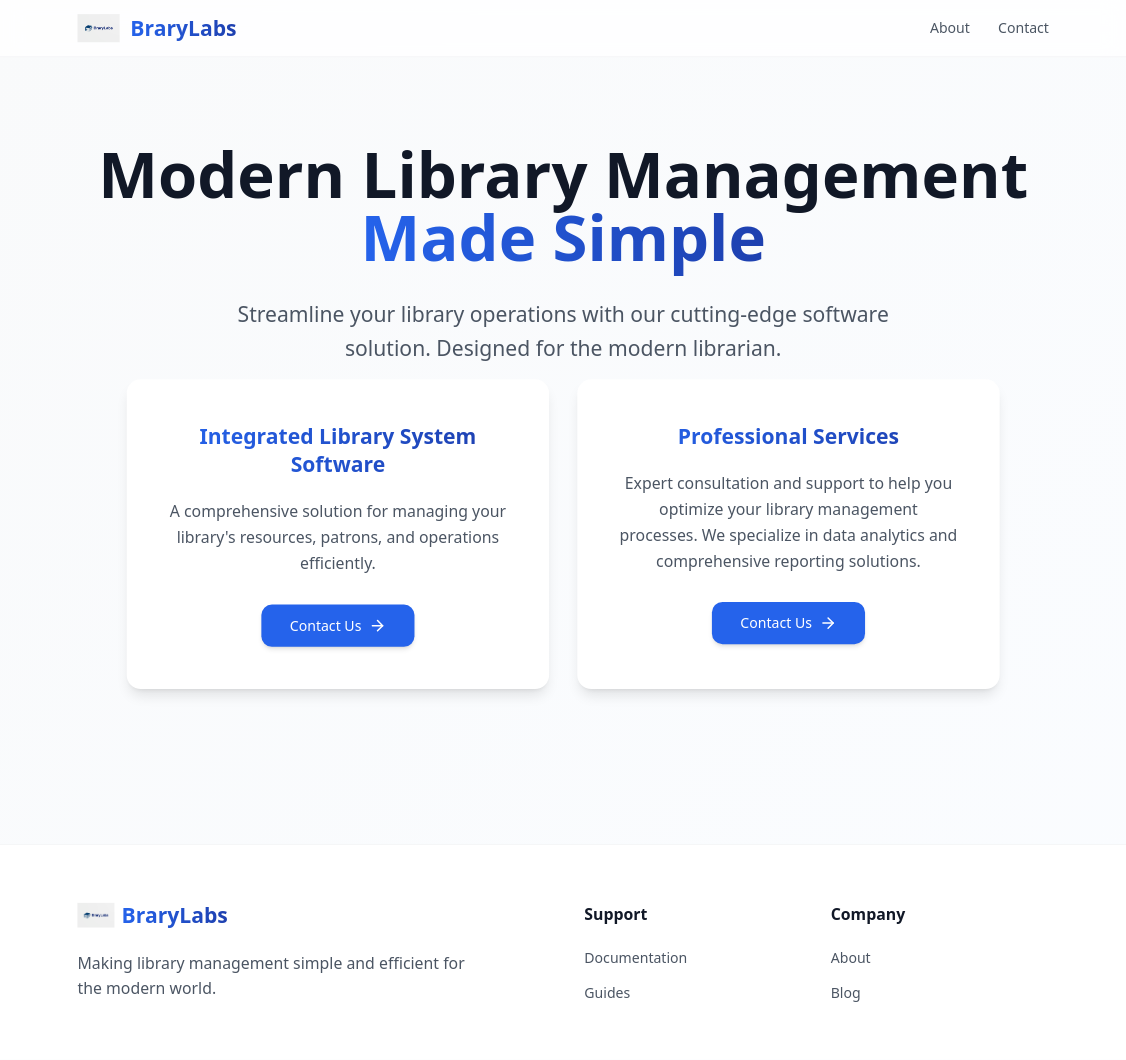
Repository: bgroble14/brarylabs-website
Page: /
An editor plug-in stored every save of this project. The page is shown before and after the next save, followed by the edit.
The browser window is 1280 px wide. The pictures show the whole page, at 88% of full size.
The project was rebuilt for these pictures with package versions that can differ from the ones it lists, and the page was loaded fresh each time. Also part of the build but not shown: vite.config.ts.

Above is the page before, as saved 2025-01-16 16:39:47.

### src/App.tsx
import React from 'react';
import { Book, ArrowRight } from 'lucide-react';

interface SectionProps {
  title: string;
  description: string;
}

const Section: React.FC<SectionProps> = ({ title, description }) => (
  <div className="w-full p-12 bg-white rounded-2xl shadow-lg hover:shadow-xl transition-all duration-300 flex flex-col items-center text-center relative overflow-hidden group">
    <div className="absolute inset-0 bg-gradient-to-br from-blue-50/50 to-transparent opacity-0 group-hover:opacity-100 transition-opacity duration-300" />

    <div className="relative z-10">
      <h3 className="text-2xl font-semibold mb-6 bg-clip-text text-transparent bg-gradient-to-r from-blue-600 to-blue-800">
        {title}
      </h3>
      <p className="text-gray-600 mb-8 text-lg leading-relaxed max-w-md">
        {description}
      </p>
      <button className="bg-blue-600 text-white px-8 py-3 rounded-xl hover:bg-blue-700 flex items-center mx-auto font-medium shadow-md hover:shadow-lg transition-all duration-300 group/button">
        Contact Us
        <ArrowRight className="ml-2 h-5 w-5 transform group-hover/button:translate-x-1 transition-transform" />
      </button>
    </div>
  </div>
);

function App() {
  return (
    <div className="min-h-screen bg-gradient-to-br from-gray-50 to-blue-50/30">
      {/* Navigation */}
      <nav className="bg-white/80 backdrop-blur-md sticky top-0 z-50 border-b border-gray-100">
        <div className="max-w-6xl mx-auto px-6 py-4">
          <div className="flex justify-between items-center">
            <div className="flex items-center space-x-3">
              <div className="flex items-center group">
                <img
                  src="/logo.png"
                  alt="BraryLabs Logo"
                  className="h-8 w-auto transform group-hover:scale-110 transition-transform duration-300"
                />
                <span className="text-2xl font-bold ml-3 bg-clip-text text-transparent bg-gradient-to-r from-blue-600 to-blue-800">
                  BraryLabs
                </span>
              </div>
            </div>
            <div className="flex space-x-8">
              <a href="#about" className="text-gray-600 hover:text-blue-600 transition-colors font-medium">About</a>
              <a href="#contact" className="text-gray-600 hover:text-blue-600 transition-colors font-medium">Contact</a>
            </div>
          </div>
        </div>
      </nav>

      {/* Hero Section */}
      <div className="relative overflow-hidden">
        <div className="max-w-6xl mx-auto px-6 pt-24 pb-20">
          <div className="text-center relative z-10">
            <h1 className="text-5xl md:text-7xl font-bold mb-8 leading-tight">
              <span className="text-gray-900">Modern Library Management</span>
              <br />
              <span className="bg-clip-text text-transparent bg-gradient-to-r from-blue-600 to-blue-800">
                Made Simple
              </span>
            </h1>
            <p className="text-2xl text-gray-600 mb-4 max-w-3xl mx-auto font-medium leading-relaxed">
              Streamline your library operations with our cutting-edge software solution.
              Designed for the modern librarian.
            </p>

            {/* Service Sections */}
            <div className="grid md:grid-cols-2 gap-8 max-w-5xl mx-auto px-4">
              <Section
                title="Integrated Library System Software"
                description="A comprehensive solution for managing your library's resources, patrons, and operations efficiently."
              />
              <Section
                title="Professional Services"
                description="Expert consultation and support to help you optimize your library management processes. We specialize in data analytics and comprehensive reporting solutions."
              />
            </div>
          </div>
        </div>
      </div>

      {/* Footer */}
      <footer className="bg-white mt-24 border-t border-gray-100">
        <div className="max-w-6xl mx-auto px-6 py-16">
          <div className="grid md:grid-cols-2 gap-12">
            <div>
              <div className="flex items-center space-x-2 mb-6">
                <img
                  src="/logo.png"
                  alt="BraryLabs Logo"
                  className="h-7 w-auto"
                />
                <span className="font-bold text-2xl bg-clip-text text-transparent bg-gradient-to-r from-blue-600 to-blue-800">
                  BraryLabs
                </span>
              </div>
              <p className="text-gray-600 text-lg leading-relaxed max-w-md">
                Making library management simple and efficient for the modern world.
              </p>
            </div>
            <div className="grid grid-cols-2 gap-8">
              <div>
                <h3 className="font-semibold text-lg mb-6 text-gray-900">Support</h3>
                <ul className="space-y-4">
                  <li>
                    <a href="#docs" className="text-gray-600 hover:text-blue-600 transition-colors">
                      Documentation
                    </a>
                  </li>
                  <li>
                    <a href="#guides" className="text-gray-600 hover:text-blue-600 transition-colors">
                      Guides
                    </a>
                  </li>
                </ul>
              </div>
              <div>
                <h3 className="font-semibold text-lg mb-6 text-gray-900">Company</h3>
                <ul className="space-y-4">
                  <li>
                    <a href="#about" className="text-gray-600 hover:text-blue-600 transition-colors">
                      About
                    </a>
                  </li>
                  <li>
                    <a href="#blog" className="text-gray-600 hover:text-blue-600 transition-colors">
                      Blog
                    </a>
                  </li>
                </ul>
              </div>
            </div>
          </div>
        </div>
      </footer>
    </div>
  );
}

export default App;

Loaded but not shown: index.html (common file); src/main.tsx (common file); src/index.css (common file); tailwind.config.js (common file)

After the next save:
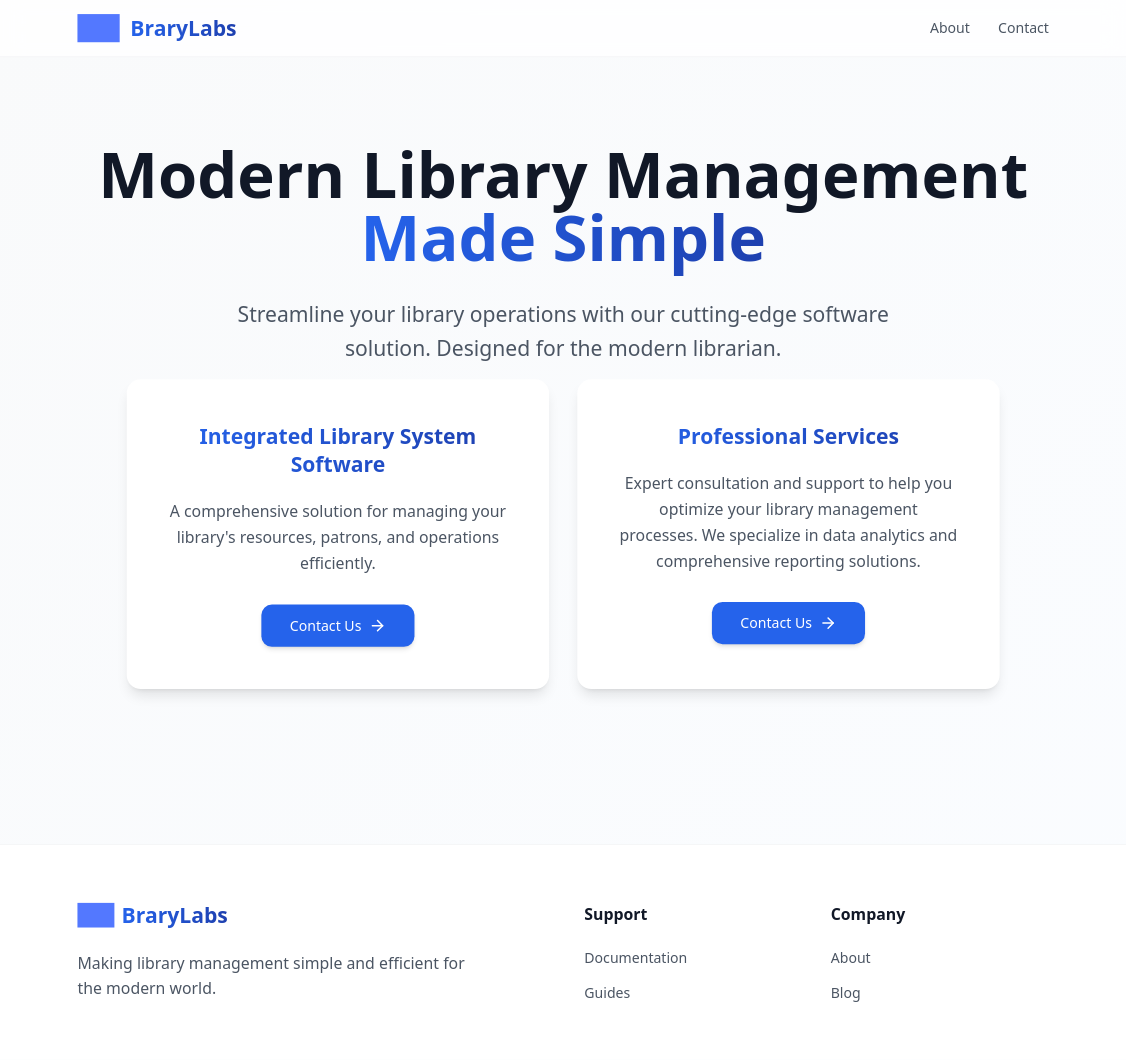
Saved 4 min 34 s later.
--- a/src/App.tsx
+++ b/src/App.tsx
@@ -37,7 +37,7 @@ function App() {
                 <img
                   src="/logo.png"
                   alt="BraryLabs Logo"
-                  className="h-8 w-auto transform group-hover:scale-110 transition-transform duration-300"
+                  className="h-8 w-auto transform group-hover:scale-110 transition-transform duration-300 [filter:brightness(0)_saturate(100%)_invert(37%)_sepia(98%)_saturate(1401%)_hue-rotate(213deg)_brightness(101%)_contrast(101%)]"
                 />
                 <span className="text-2xl font-bold ml-3 bg-clip-text text-transparent bg-gradient-to-r from-blue-600 to-blue-800">
                   BraryLabs
@@ -92,7 +92,7 @@ function App() {
                 <img
                   src="/logo.png"
                   alt="BraryLabs Logo"
-                  className="h-7 w-auto"
+                  className="h-7 w-auto [filter:brightness(0)_saturate(100%)_invert(37%)_sepia(98%)_saturate(1401%)_hue-rotate(213deg)_brightness(101%)_contrast(101%)]"
                 />
                 <span className="font-bold text-2xl bg-clip-text text-transparent bg-gradient-to-r from-blue-600 to-blue-800">
                   BraryLabs
